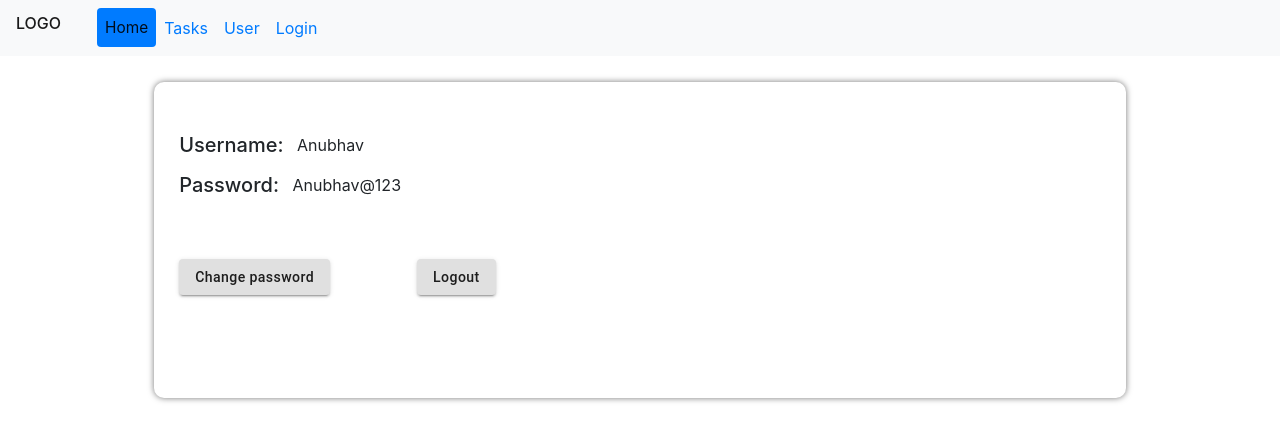
Repository: lalji-yadav/Nimapinfotech-demo-project
Page: /user
An editor plug-in stored every save of this project. The page is shown before and after the next save, followed by the edit.
The browser window is 1280 px wide. The pictures show the whole page.
The project was rebuilt for these pictures with package versions that can differ from the ones it lists, and the page was loaded fresh each time. Also part of the build but not shown: src/components/Home.js, src/components/Tasks.js, src/components/Login.js.

Above is the page before, as saved 2021-01-18 16:28:23.

After the next save:
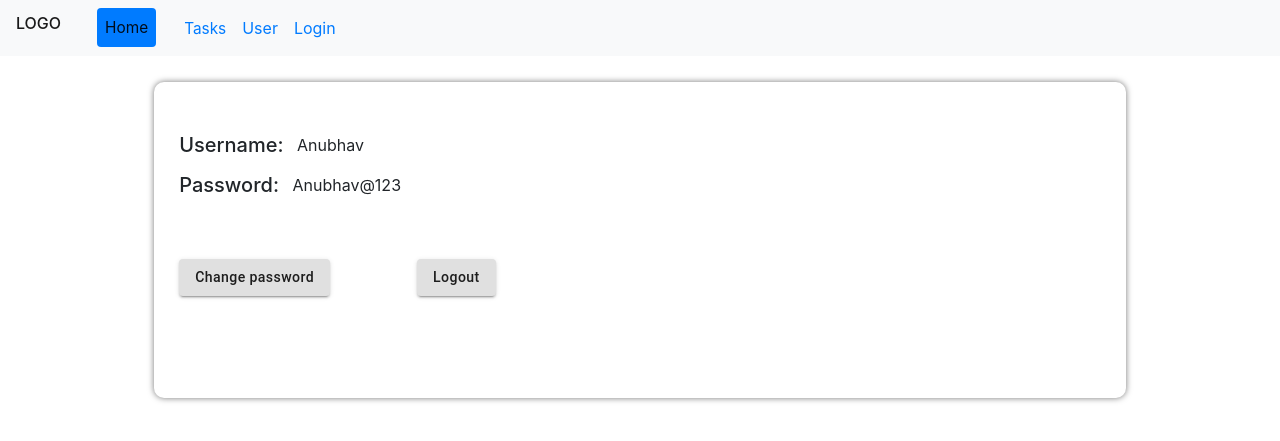
Saved 26 s later.
--- a/src/components/Navbars.js
+++ b/src/components/Navbars.js
@@ -27,7 +27,7 @@ const Navbars=()=> {
                           <Nav.Link style={{fontSize:'1.2vw', marginLeft:'20px'}} href="/">Home </Nav.Link>
                         </Nav.Item>
                         <Nav.Item>
-                          <Nav.Link eventKey="link-1"> <Link to="/tasks"> Tasks </Link> </Nav.Link>
+                          <Nav.Link eventKey="link-1"> <Link style={{fontSize:'1.2vw', marginLeft:'20px'}} to="/tasks"> Tasks </Link> </Nav.Link>
                         </Nav.Item>
                         <Nav.Item>
                           <Nav.Link eventKey="link-2">
